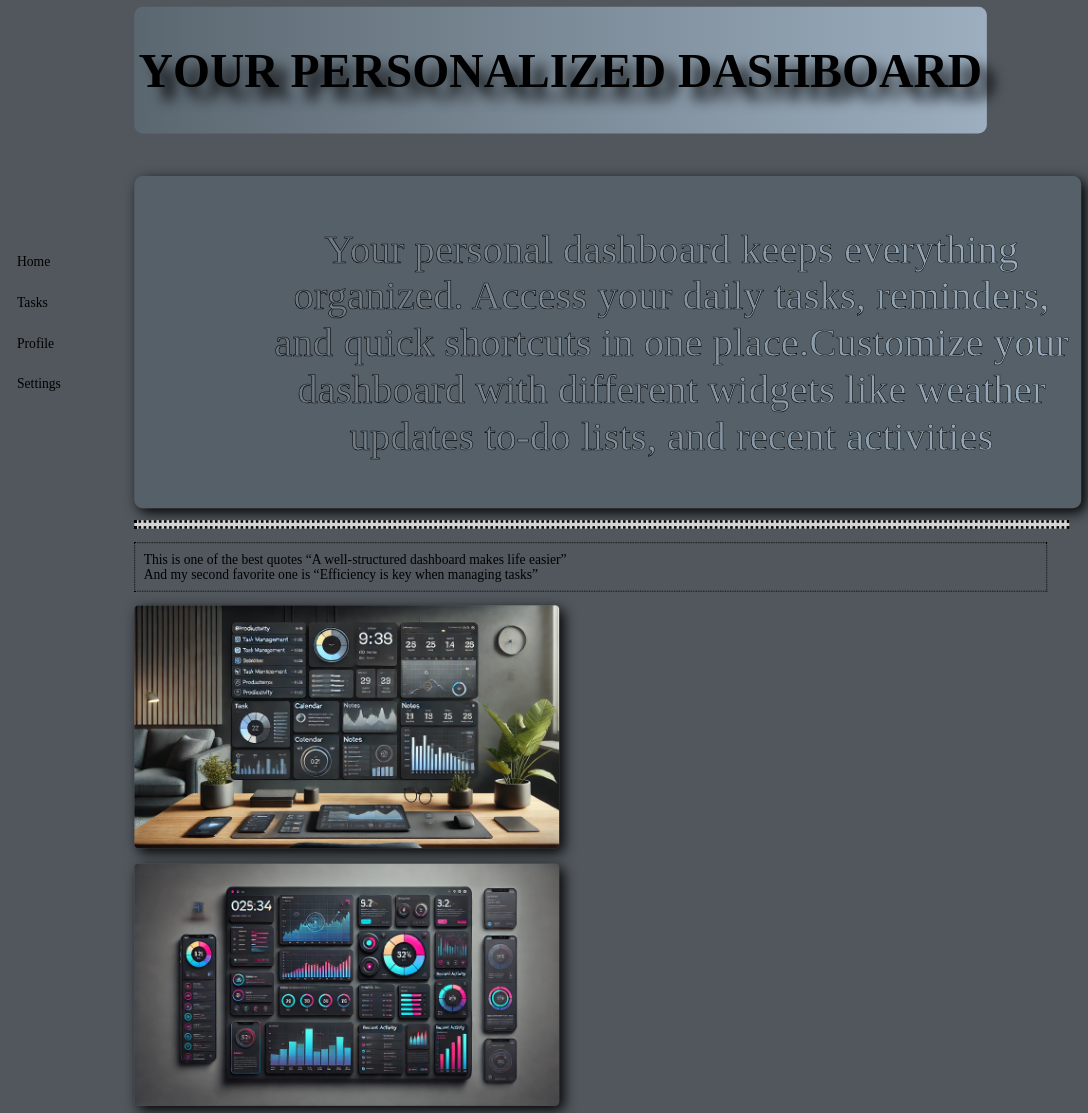
Repository: Parnicoza/testecomplete
Page: testcomplet-14.html
These files come from the project's save history. The page is drawn as it stood at one moment and after the next save; the edit follows.
The browser window is 1280 px wide. The pictures show the whole page, at 85% of full size.

Above is the page before, as saved 2025-02-26 15:40:30.

After the next save:
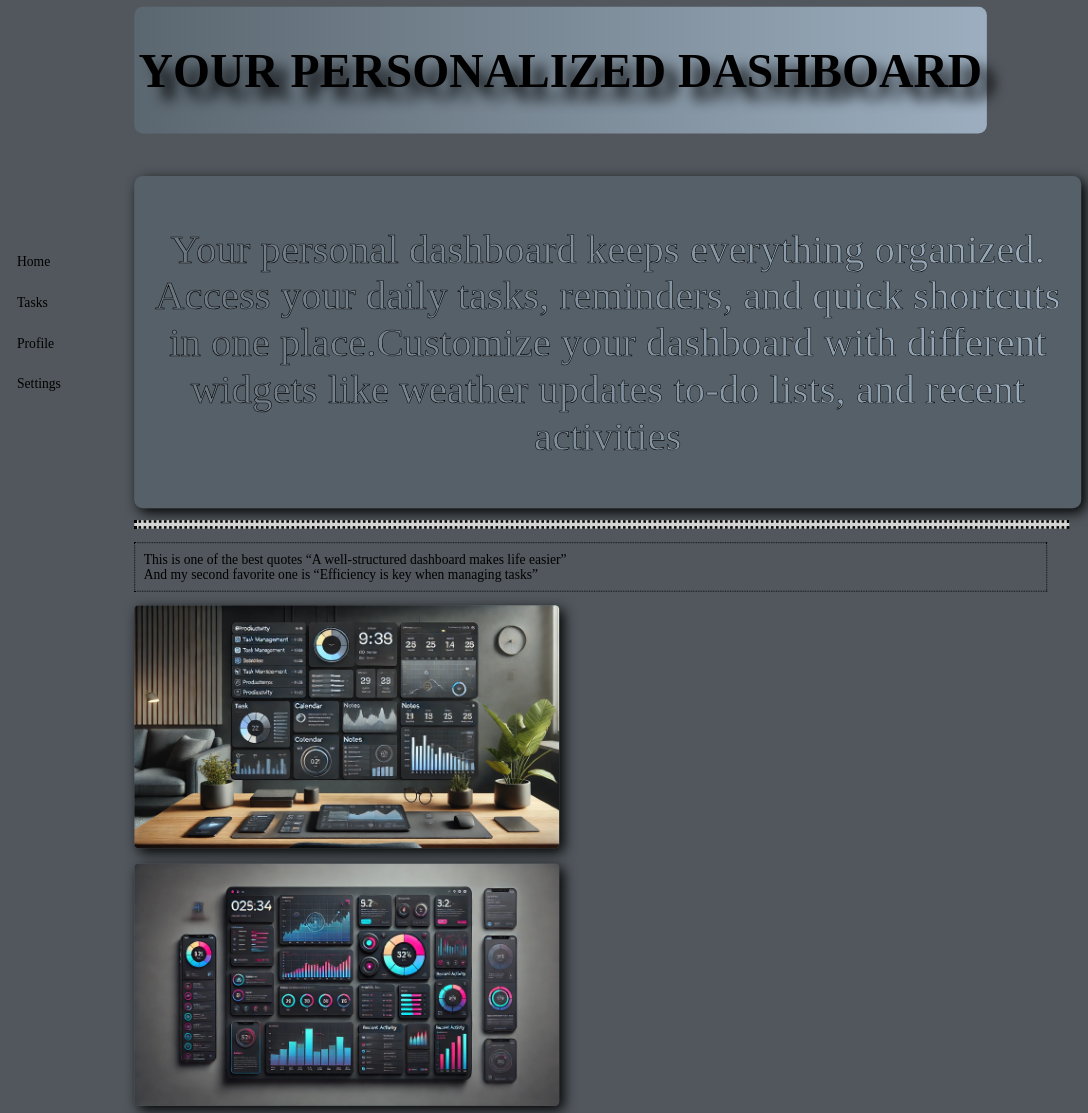
Saved 19 s later.
--- a/stilizaretestcomplet-14.css
+++ b/stilizaretestcomplet-14.css
@@ -34,7 +34,6 @@ body{
     background-clip: text;
     color: transparent;
     font-size: 3em;
-    margin-left: 150px;
     -webkit-text-stroke: 0.7px black;
     text-align: center;
 }
